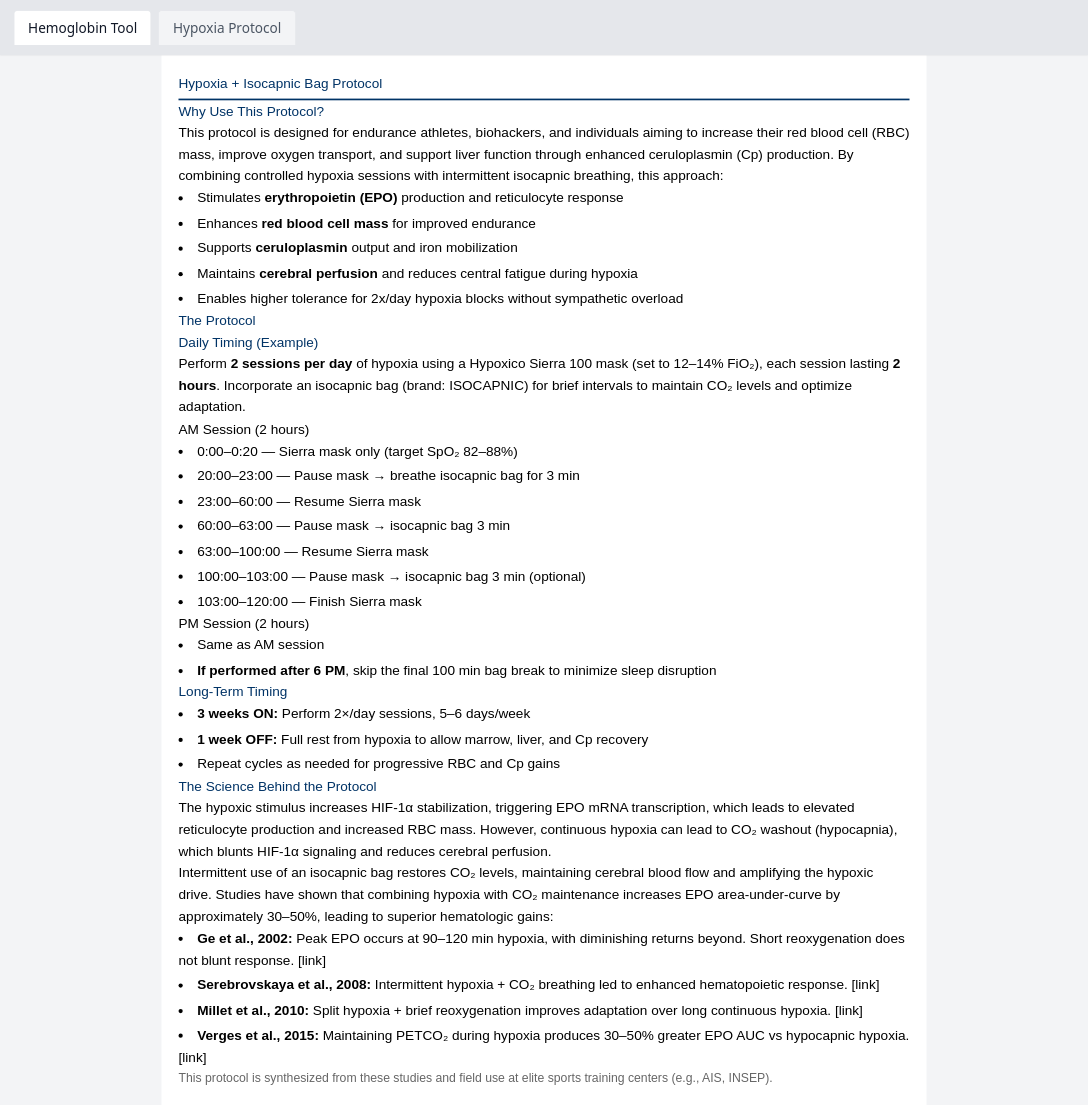
Repository: austenhughes1/hemoglobin_rbc_metrics
Page: hypoxia_protocol.html
An editor plug-in stored every save of this project. The page is shown before and after the next save, followed by the edit.
The browser window is 1280 px wide. The pictures show the whole page, at 85% of full size.
Some web libraries are served in a nearby version.

Above is the page before, as saved 2025-06-25 12:55:47.

After the next save:
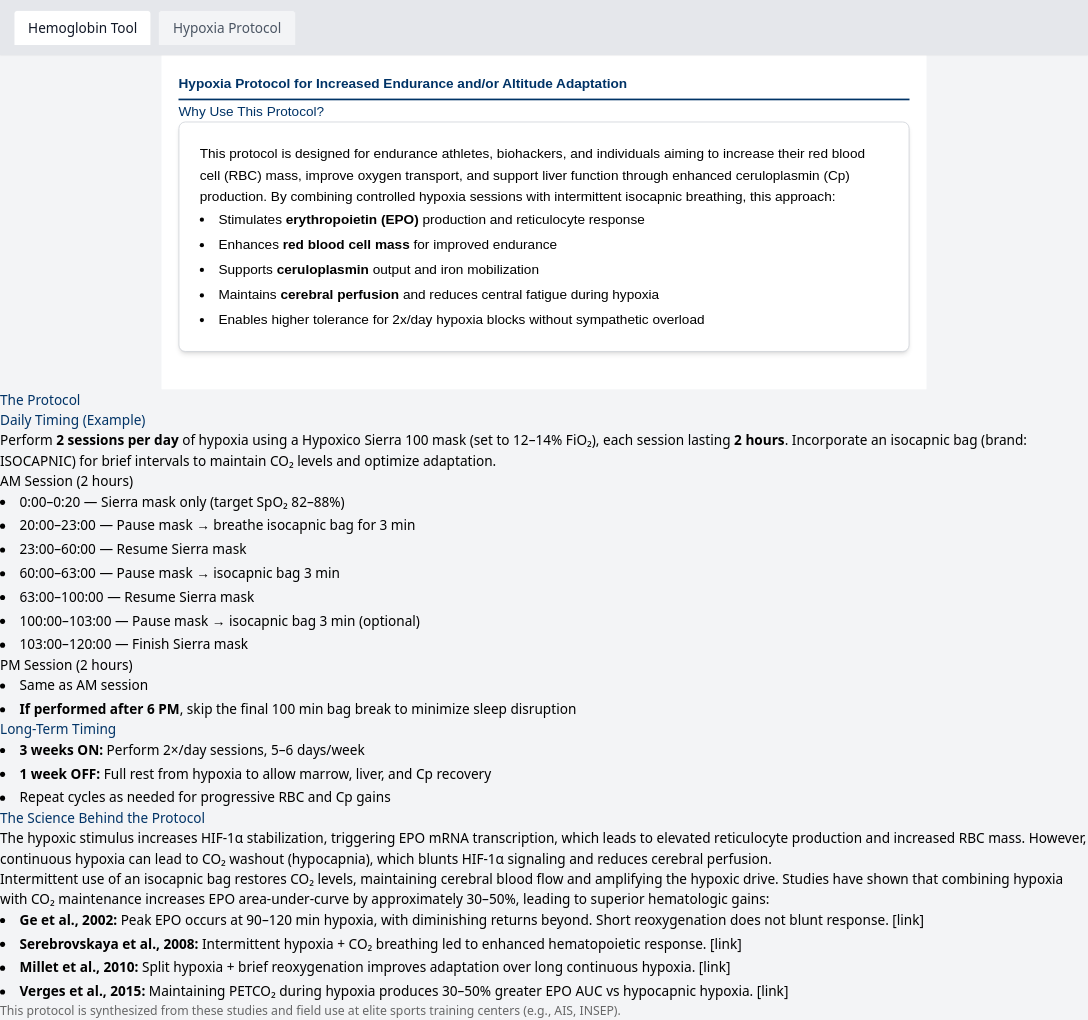
Saved 11 min 10 s later.
--- a/hypoxia_protocol.html
+++ b/hypoxia_protocol.html
@@ -42,12 +42,10 @@
 
   <!-- Main content container -->
   <div class="content">
-    <header>
-        <h1>Hypoxia + Isocapnic Bag Protocol</h1>
-    </header>
+    <h1><b>Hypoxia Protocol for Increased Endurance and/or Altitude Adaptation</b></h1>
 
-    <legend><h2>Why Use This Protocol?</h2></legend>
-    <div class="well">
+    <h2>Why Use This Protocol?</h2>
+    <section class="border border-gray-300 rounded-lg shadow-md p-6 mb-6 bg-white">
         <p>
         This protocol is designed for endurance athletes, biohackers, and individuals aiming to increase their red blood cell (RBC) mass, improve oxygen transport, and support liver function through enhanced ceruloplasmin (Cp) production. By combining controlled hypoxia sessions with intermittent isocapnic breathing, this approach:
         </p>
